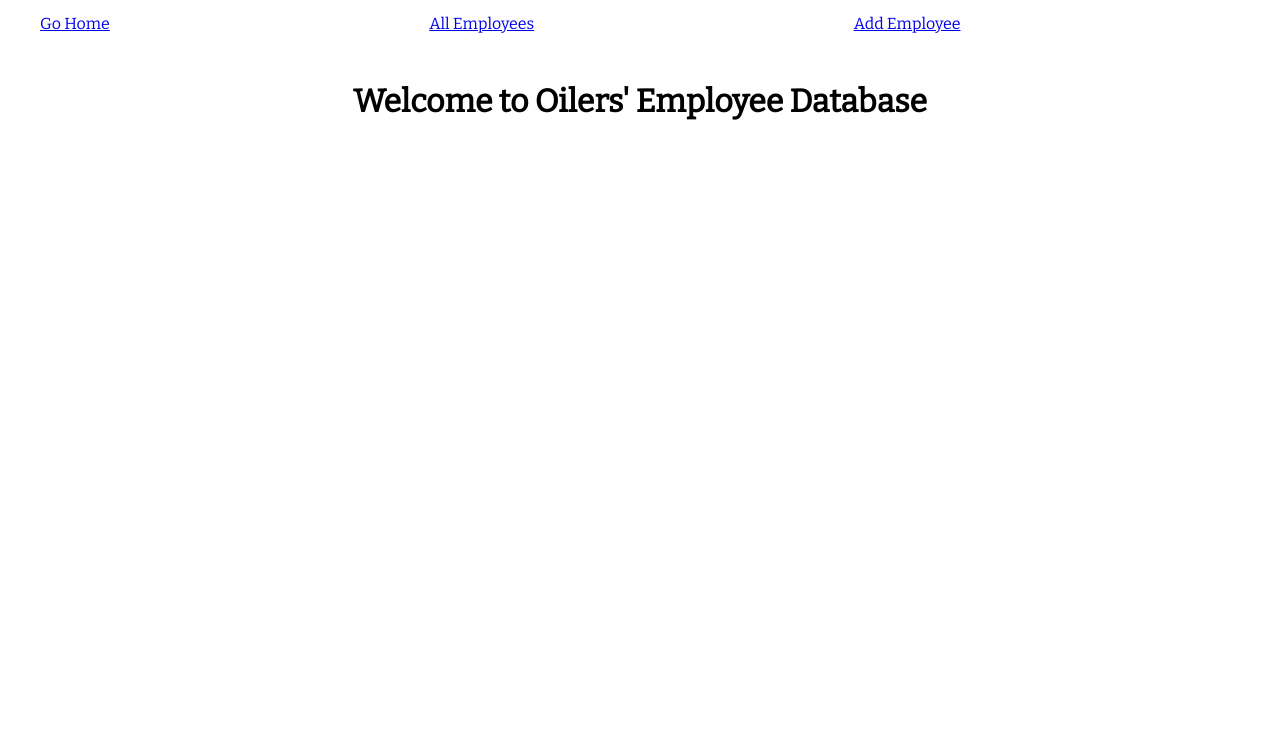
Repository: rh1456/employee-directory
Page: /
The author's editor kept a copy of each file at every save. The page is drawn from the files as they stood at one save, then again after the next save.
The browser window is 1280 px wide. The pictures show the whole page.
The project was rebuilt for these pictures with package versions that can differ from the ones it lists, and the page was loaded fresh each time. Also part of the build but not shown: src/pages/AddEmployee.jsx, src/pages/SingleEmployee.jsx, src/pages/AllEmployees.jsx.

Above is the page before, as saved 2019-12-08 18:24:07.

### public/index.html
<!DOCTYPE html>
<html lang="en">
  <head>
    <meta charset="utf-8" />
    <link rel="shortcut icon" href="%PUBLIC_URL%/favicon.ico" />
    <meta
      name="viewport"
      content="width=device-width, initial-scale=1, shrink-to-fit=no"
    />
    <meta name="theme-color" content="#000000" />
    <link
      href="https://fonts.googleapis.com/css?family=Bitter&display=swap"
      rel="stylesheet"
    />
    <!--
      manifest.json provides metadata used when your web app is added to the
      homescreen on Android. See https://developers.google.com/web/fundamentals/web-app-manifest/
    -->
    <link rel="manifest" href="%PUBLIC_URL%/manifest.json" />
    <!--
      Notice the use of %PUBLIC_URL% in the tags above.
      It will be replaced with the URL of the `public` folder during the build.
      Only files inside the `public` folder can be referenced from the HTML.

      Unlike "/favicon.ico" or "favicon.ico", "%PUBLIC_URL%/favicon.ico" will
      work correctly both with client-side routing and a non-root public URL.
      Learn how to configure a non-root public URL by running `npm run build`.
    -->
    <title>Employee Directory</title>
  </head>
  <body>
    <noscript>
      You need to enable JavaScript to run this app.
    </noscript>
    <div id="root"></div>
    <!--
      This HTML file is a template.
      If you open it directly in the browser, you will see an empty page.

      You can add webfonts, meta tags, or analytics to this file.
      The build step will place the bundled scripts into the <body> tag.

      To begin the development, run `npm start` or `yarn start`.
      To create a production bundle, use `npm run build` or `yarn build`.
    -->
  </body>
</html>

### src/index.css
:root {
  font: 16px / 1 'Bitter', serif;
}

html {
  height: 100%;
}

body {
  margin: 0;
  min-height: 100%;
}

ul {
  display: flex;
  flex-direction: row;
  justify-content: space-between;
}
nav li {
  list-style: none;
  ufont-family: 'Bitter', serif;
}
.homepage-head {
  display: flex;
  margin: 2rem;
  justify-content: center;
}

font-family: 'Bitter', serif;

### src/App.jsx
import React from 'react'
import { BrowserRouter as Router, Link, Route, Switch } from 'react-router-dom'
// import AllEmployees from './pages/AllEmployees'
import AddEmployee from './pages/AddEmployee'
import HomePage from './pages/HomePage'
import SingleEmployee from './pages/SingleEmployee'
import AllEmployees from './pages/AllEmployees'

const App = () => {
  return (
    <Router>
      <header>
        <nav>
          <ul>
            <li>
              <Link to="/">Go Home</Link>
            </li>
            <li>
              <Link to="/1">All Employees</Link>
            </li>
            <li>
              <Link to="/2">Add Employee</Link>
            </li>
            <li>{/* <Link to="/employee/:id">Si</Link> */}</li>
          </ul>
        </nav>
      </header>

      <Switch>
        <Route exact path="/" component={HomePage}></Route>
        <Route exact path="/1" component={AllEmployees}></Route>
        <Route exact path="/2" component={AddEmployee}></Route>
        <Route path="/employee/:id" component={SingleEmployee}></Route>
      </Switch>
    </Router>
  )
}

export default App

// <main className="all-employees">
// {employeeData.map((info, i) => {
//   return (
//     <div className="employee-info">
//       <div className="empolyee-sect" key={i}>
//         <div className="employee-data">
//           <img className="employee-pic" src={info.profileImage} />
//           <h2 className="employee-full-name">
//             {info.firstName} {info.lastName}
//           </h2>
//           <h3 className="job">{info.jobTitle}</h3>
//           <h3 className="full-time">
//             Full Time: {info.isFullTime ? 'Yes' : 'No'}
//           </h3>
//         </div>
//       </div>
//     </div>
//   )
// })}

### src/pages/HomePage.jsx
import React from 'react'

const HomePage = () => {
  return (
    <header className="homepage-head">
      <h1 className="oilers">Welcome to Oilers' Employee Database</h1>
    </header>
  )
}

export default HomePage

Loaded but not shown: src/index.js (common file)

After the next save:
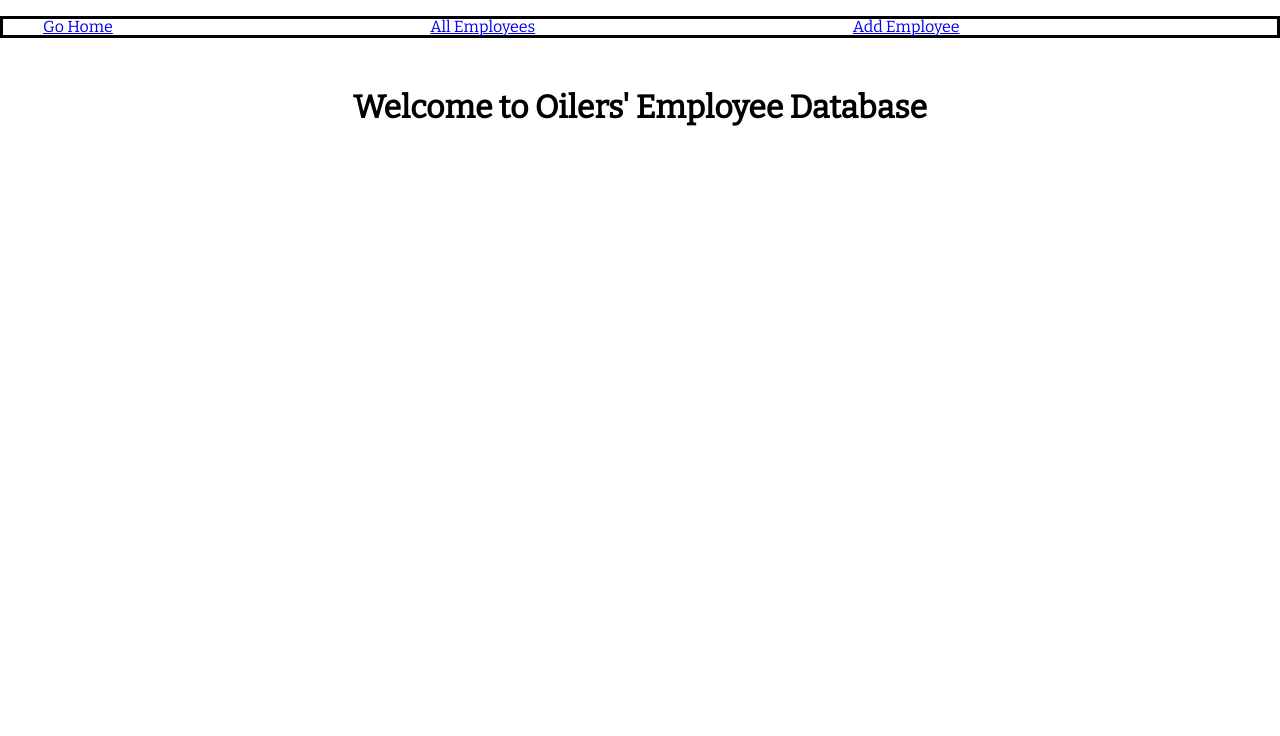
Saved 20 s later.
--- a/src/index.css
+++ b/src/index.css
@@ -15,6 +15,7 @@
   display: flex;
   flex-direction: row;
   justify-content: space-between;
+  border: solid black;
 }
 nav li {
   list-style: none;
